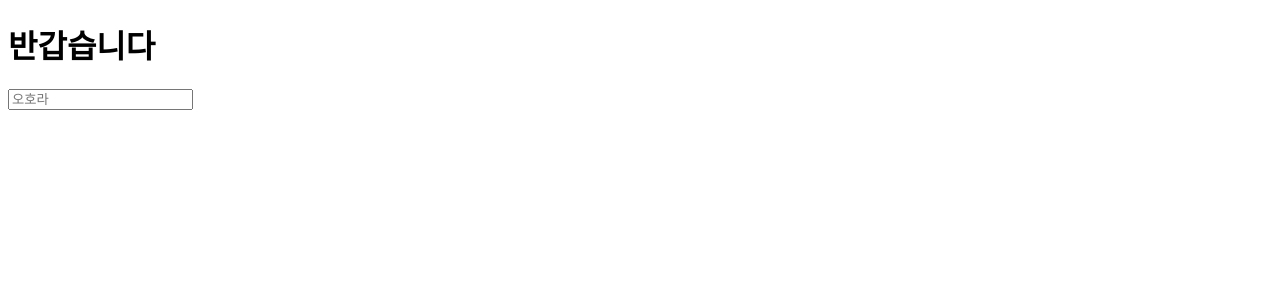
Repository: yeom724/JSP_test
Page: test2/src/main/webapp/index.html
These files come from the project's save history. The page is drawn as it stood at one moment and after the next save; the edit follows.
The browser window is 1280 px wide. The pictures show the whole page.

Above is the page before, as saved 2024-10-07 02:13:46.

After the next save:
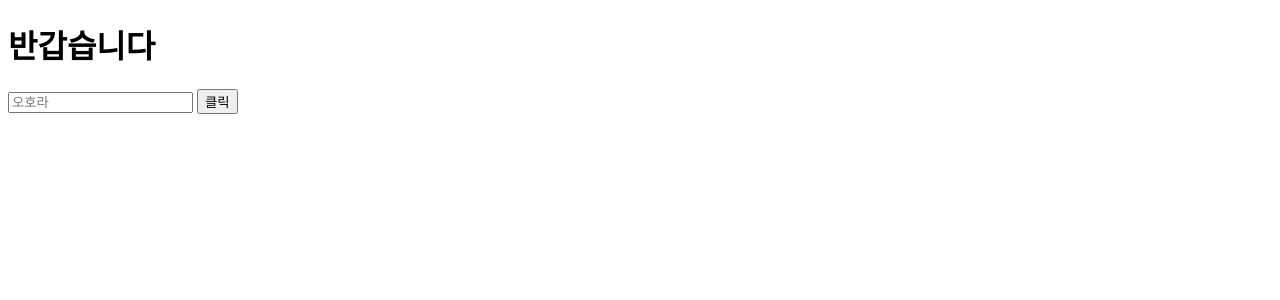
Saved 16 s later.
--- a/test2/src/main/webapp/index.html
+++ b/test2/src/main/webapp/index.html
@@ -8,7 +8,7 @@
 	<h1>반갑습니다</h1>
 	<div>
 		<input placeholder="오호라">
-
+		<button>클릭</button>
 	</div>
 </body>
 </html>
